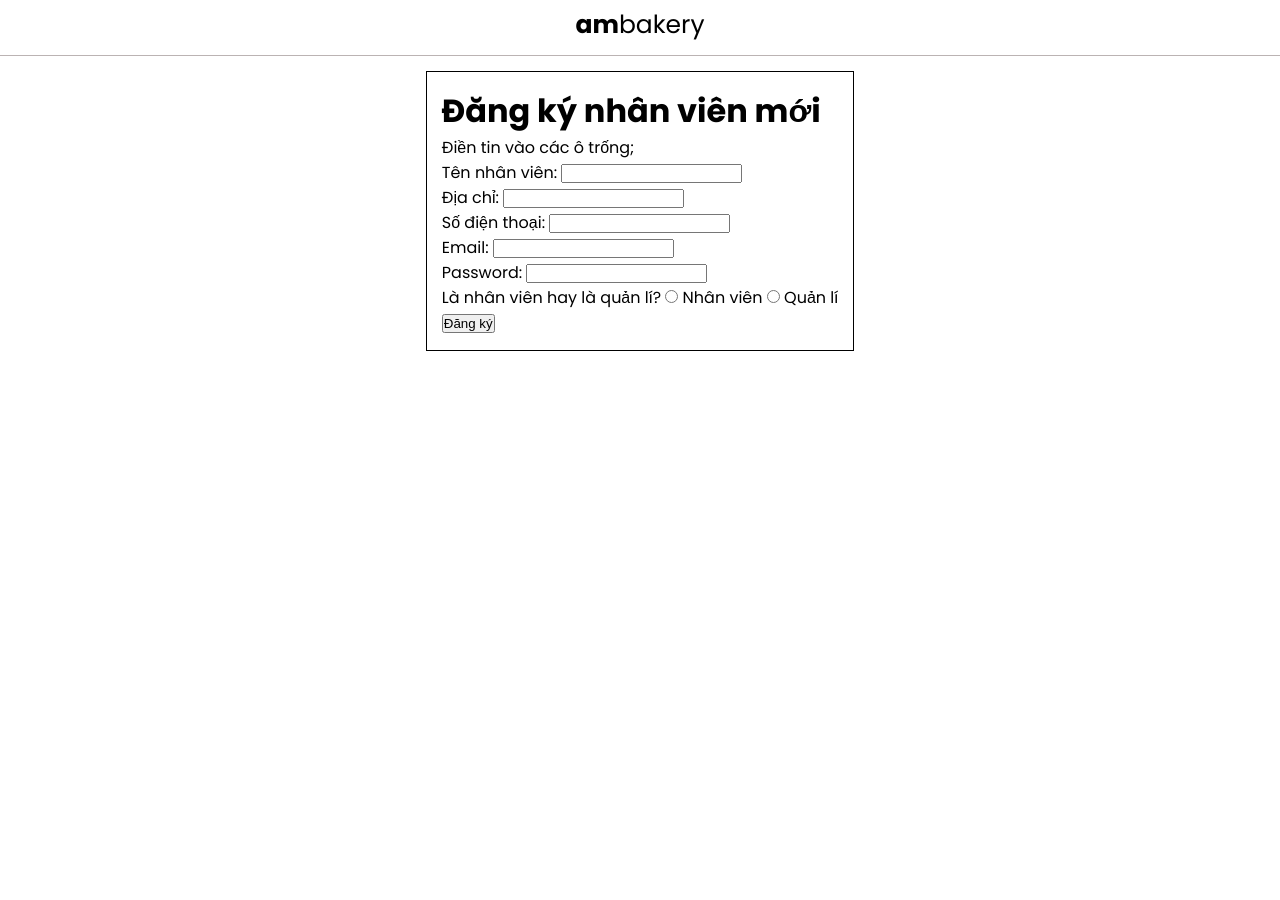
Repository: ntsanq/AmBakery
Page: http://localhost/j2school_Project/admin/dashboard_quanly/form_them_nhanvien.php
The author's editor kept a copy of each file at every save. The page is drawn from the files as they stood at one save, then again after the next save.
The browser window is 1280 px wide. The pictures show the whole page.
The page is run by PHP 8.4 with error messages shown; the project is at /var/www/html/.

Above is the page before, as saved 2021-12-21 22:51:04.

### admin/dashboard_quanly/form_them_nhanvien.php
<!DOCTYPE html>
<html>
<head>
	<meta charset="utf-8">
	<meta name="viewport" content="width=device-width, initial-scale=1">
	<title>Đăng ký cho nhân viên</title>
	<link rel="stylesheet" href="css/form.css">
	<link href="https://fonts.googleapis.com/css2?family=Poppins:wght@300;400;500;600;700&family=Roboto:wght@500&display=swap0" rel="stylesheet">
</head>
<body>
<header>
        <div id="header">
            <a href="#" class="header__logo" >
                <span><b>am</b>bakery</span>
            </a>
        </div>
    </header>
	<div class="container">
		<form action="them_nhanvien_process.php" method="POST">
			<div >
				<h1>Đăng ký nhân viên mới</h1>
				<p>Điền	 tin vào các ô trống;</p>

				<!-- <label for="ma">Mã nhân viên: </label>
				<input type="text" name="ma">
				<br> -->
				<label for="ten">Tên nhân viên: </label>
				<input type="text" name="ten">
				<br>
				<label for="dia_chi">Địa chỉ: </label>
				<input type="text" name="dia_chi">
				<br>
				<label for="sdt">Số điện thoại: </label>
				<input type="text" name="sdt">
				<br>
				<label for="email">Email: </label>
				<input type="text" name="email">
				<br>
				<label for="mat_khau">Password: </label>
				<input type="password" name="mat_khau">
				<br>
				<label for="cap_do">Là nhân viên hay là quản lí?  </label>
				<input type="radio" name="cap_do" value="0">
				<label for="nhan_vien">Nhân viên </label>
				<input type="radio" name="cap_do" value="1">
				<label for="quan_li">Quản lí </label>
				<br>
				 <input type="submit" id="them_nhanvien_btn" value="Đăng ký">
			</div>
		</form>
	</div>
</body>
</html>

### admin/dashboard_quanly/css/form.css
*{
	margin: 0;
	padding: 0;
}

html{
	box-sizing: border-box;
	font-size: 62.5%; /*10px*/
}

body{
	font-family: "Poppins", sans-serif;
	font-size: 1.6rem;
	height:90rem;
	font-weight: 400;


}
header{
	width: 100%;
	height: 50px;
	font-family: inherit;
	display: flex;
	justify-content: center;
	align-items: center;
	font-size: 1.5rem;
	padding-bottom: 0.5rem;
	border-bottom: 1px solid rgb(187, 179, 179);
	position: relative;
	background-color: white;
}
a{
	text-decoration: none;
	color: black;
}
p{
	margin-bottom: 0%;
}
.header__logo span{
	font-size: 2.5rem;
}
.container{
  width: 1200px;
  margin: 0 auto;
  display: flex;
  justify-content: center;
  align-items: center;
  margin-top: 1.5rem;

}
.container form{
  margin: 0 auto;
  padding: 1.5rem;
  border: 1px solid #000;
}

After the next save:
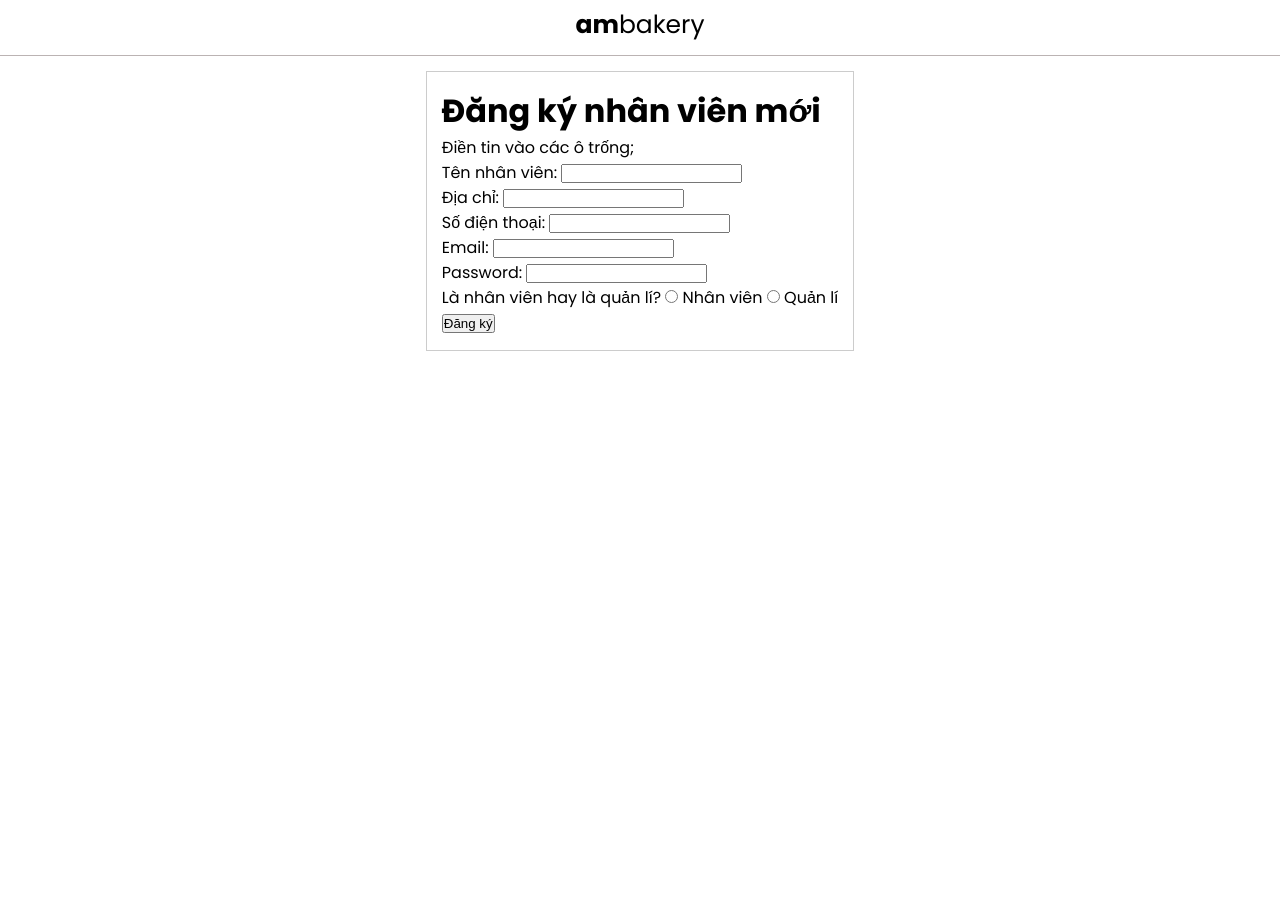
Saved 9 s later.
--- a/admin/dashboard_quanly/css/form.css
+++ b/admin/dashboard_quanly/css/form.css
@@ -51,5 +51,5 @@ p{
 .container form{
   margin: 0 auto;
   padding: 1.5rem;
-  border: 1px solid #000;
+  border: 1px solid #ccc;
 }
